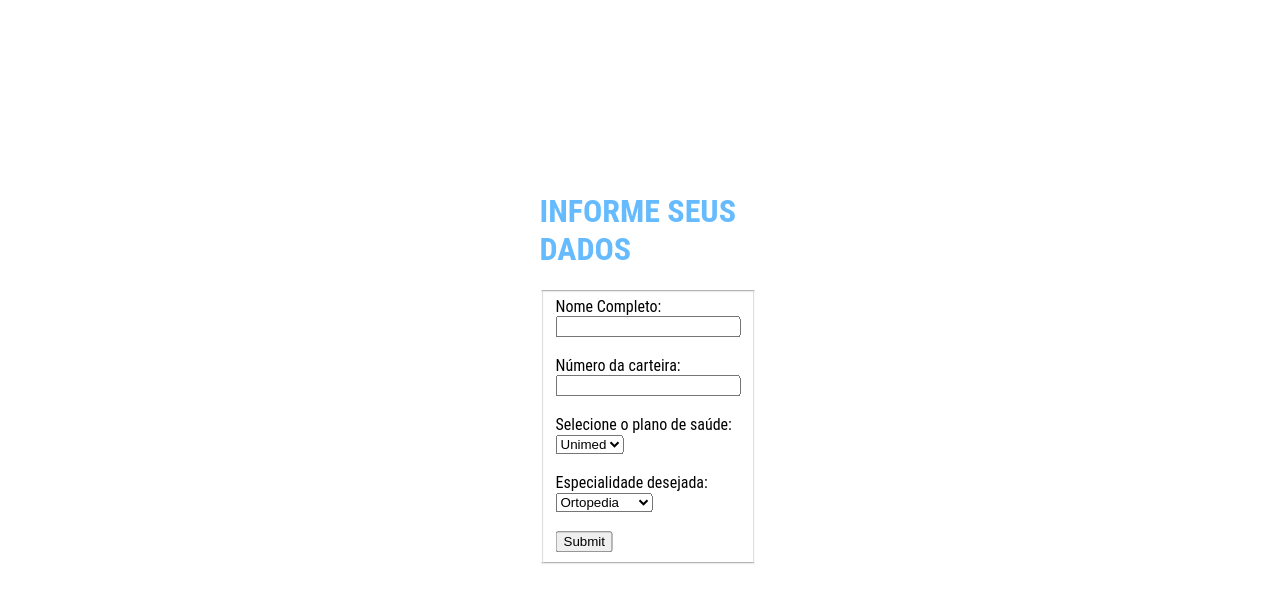
Repository: ohenriquesouza/HospitalCRUD-using-JavaEE
Page: JSP_test/src/main/webapp/novaConsulta.html
An editor plug-in stored every save of this project. The page is shown before and after the next save, followed by the edit.
The browser window is 1280 px wide. The pictures show the whole page.
Some web fonts or font styles are not loaded; a fallback is used.

Above is the page before, as saved 2022-12-27 16:31:19.

### JSP_test/src/main/webapp/novaConsulta.html
<!DOCTYPE html>
<html lang = "pt-br">
    <head>
        <meta charset="UTF-8">
        <meta http-equiv="X-UA-Compatible" content="IE=edge">
        <meta name="viewport" content="width=device-width, initial-scale=1.0">
        <title>Nova Consulta</title>
        <link rel="stylesheet" href="style.css">
    </head>
    <body>
        <div class="box">
        	<h1>INFORME SEUS DADOS</h1>
            <form action="">
                <fieldset class="campoGeral">
                    <div class="input_box">
                        <label for="nome">Nome Completo:</label>
                        <input type="text" name="nome" id="nome" class="input_name" required></input>
                    </div>
                    <br>
	                <div class="input_box">
                        <label for="NmCarteira">Número da carteira:</label>
                        <input type="number" name="NmCarteira" id="NmCarteira" class="input_nmCarteira" required></input>
                    </div>
                    <br>
                     <div class="input_box">
                        <label for="">Selecione o plano de saúde:</label>
						<select name="plan" id="plan" form="">
						  <option value="ortopedia">Unimed</option>
						  <option value="pediatria">Amil</option>
						  <option value="clinica">GNDI</option>
						</select>
                    </div>
                    <br>
                    <div class="input_box">
                        <label for="">Especialidade desejada:</label>
						<select name="especs" id="especs" form="">
						  <option value="ortopedia">Ortopedia</option>
						  <option value="pediatria">Pediatria</option>
						  <option value="clinica">Clínica geral</option>
						</select>
                    </div>
                    <br>
                    <input type="submit"></input>
                </fieldset>
            </form>
        </div>
    </body>
</html>

### JSP_test/src/main/webapp/style.css
@charset "utf-8";
@import url('https://fonts.googleapis.com/css2?family=Roboto+Condensed:wght@300&display=swap');
body{
    position: absolute;
    top: 50%;
    left: 50%;
    transform: translate(-50%, -50%);
	font-size: 1em;
	font-weight: 400;
	font-family: 'Roboto Condensed', sans-serif;
}
h1{
	color: #66bbff;
}
.botao1{
	text-decoration: none;
	background-color: #66bbff;
	padding: 5px 10px 5px 10px;
	color: #fff;
	font-size: 1.2em;
	font-weight: 700;
	border-radius: 8px;
	cursor: pointer;
}
 .box{
                position: absolute;
                top: 50%;
                left: 50%;
                transform: translate(-50%, -50%);
                padding: 15px;
                border-radius: 10px;
}

After the next save:
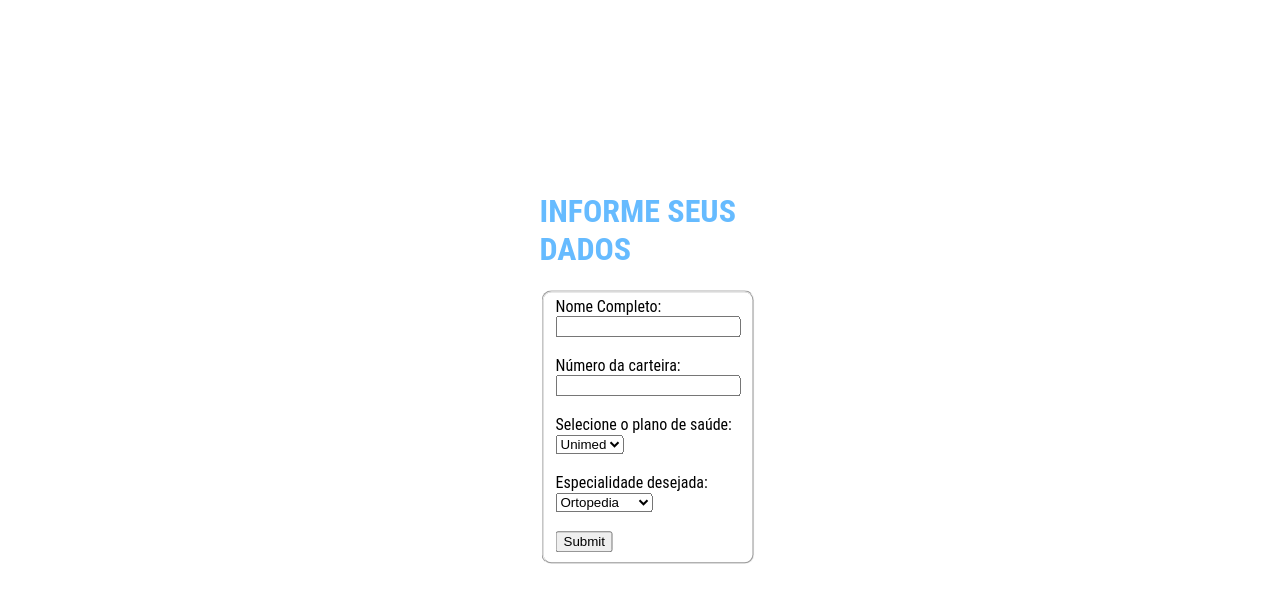
Saved 9 s later.
--- a/JSP_test/src/main/webapp/novaConsulta.html
+++ b/JSP_test/src/main/webapp/novaConsulta.html
@@ -6,12 +6,18 @@
         <meta name="viewport" content="width=device-width, initial-scale=1.0">
         <title>Nova Consulta</title>
         <link rel="stylesheet" href="style.css">
+        <style>
+            fieldset{
+                border-radius: 10px;
+            }
+
+        </style>
     </head>
     <body>
         <div class="box">
         	<h1>INFORME SEUS DADOS</h1>
             <form action="">
-                <fieldset class="campoGeral">
+                <fieldset>
                     <div class="input_box">
                         <label for="nome">Nome Completo:</label>
                         <input type="text" name="nome" id="nome" class="input_name" required></input>

After the 2 saves that followed:
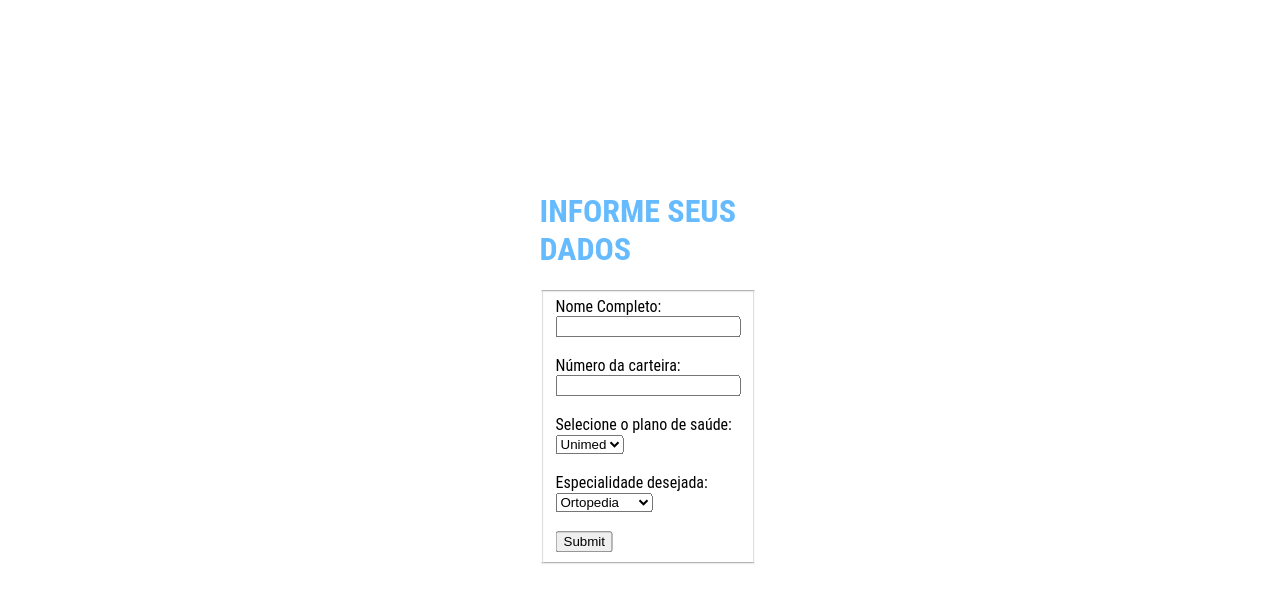
The 2 saves are shown as one change because 1 left the picture as it was.
The last was saved 24 s later.
--- a/JSP_test/src/main/webapp/novaConsulta.html
+++ b/JSP_test/src/main/webapp/novaConsulta.html
@@ -6,12 +6,7 @@
         <meta name="viewport" content="width=device-width, initial-scale=1.0">
         <title>Nova Consulta</title>
         <link rel="stylesheet" href="style.css">
-        <style>
-            fieldset{
-                border-radius: 10px;
-            }
 
-        </style>
     </head>
     <body>
         <div class="box">
--- a/JSP_test/src/main/webapp/style.css
+++ b/JSP_test/src/main/webapp/style.css
@@ -30,3 +30,6 @@ h1{
                 padding: 15px;
                 border-radius: 10px;
 }
+.fieldset{
+    border-radius: 10px;
+}
